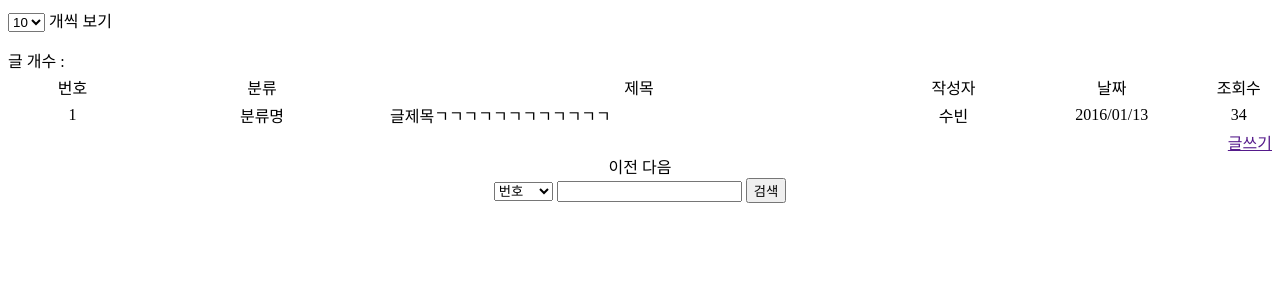
Repository: ekgus419/hckj
Page: http://localhost/Railro/WEB-INF/views/railro/railroList.jsp
An editor plug-in stored every save of this project. The page is shown before and after the next save, followed by the edit.
The browser window is 1280 px wide. The pictures show the whole page.
The page is served by Tomcat 9. Nobody is signed in. The template is opened directly, without the code that normally fills it, so the values that code supplies are empty.

Above is the page before, as saved 2016-08-19 05:49:56.

After the next save:
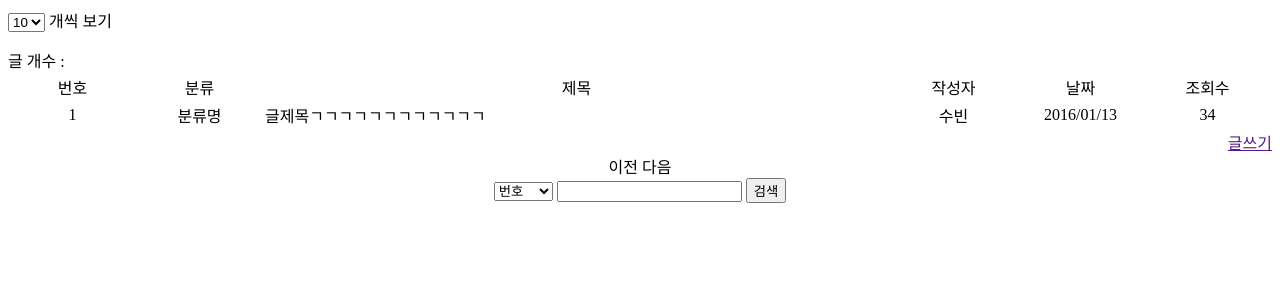
Saved 28 min 40 s later.
--- a/Railro/src/main/webapp/WEB-INF/views/railro/railroList.jsp
+++ b/Railro/src/main/webapp/WEB-INF/views/railro/railroList.jsp
@@ -20,24 +20,24 @@
 			<td width="10%">
 				<div align="center">번호</div>
 			</td>
-			<td width="20%">
+			<td width="10%">
 				<div align="center">분류</div>
 			</td>
-			<td width="40%">
+			<td width="50%">
 				<div align="center">제목</div>
 			</td>
 			<td width="10%">
 				<div align="center">작성자</div>
 			</td>
-			<td width="15%">
+			<td width="10%">
 				<div align="center">날짜</div>
 			</td>
-			<td width="8%">
+			<td width="10%">
 				<div align="center">조회수</div>
 			</td>
 		</tr>
 		<tr class="list_contents" align="center" valign="middle"
-			onmouseover="this.style.backgroundColor='#E8E8E8'"
+			onmouseover="this.style.backgroundColor='#fcfcfc'"
 			onmouseout="this.style.backgroundColor=''">
 			<td>
 				<div align="center">1</div>
@@ -60,7 +60,7 @@
 		</tr>
 	</table>
 	<div class="register-btn" align="right">
-		<a href="">글쓰기</a>
+		<span><a href="">글쓰기</a></span>
 	</div>
 	<div class="paging" align="center">
 	이전&nbsp;다음
